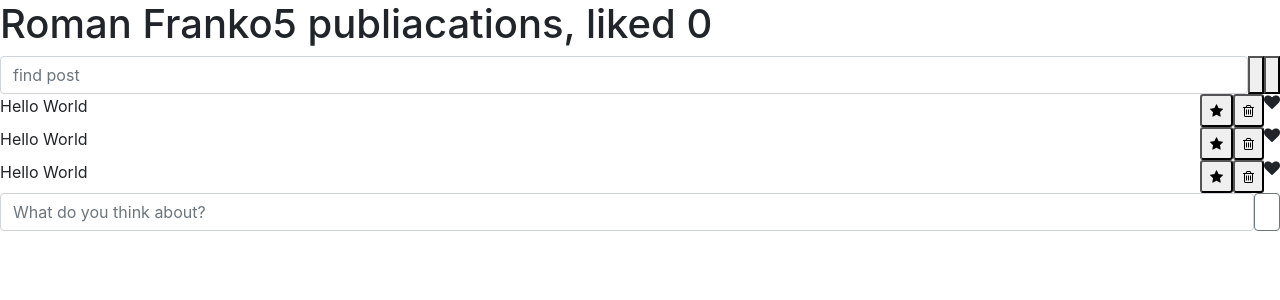
Repository: RomanFPL/Like-twiter
Page: /
The author's editor kept a copy of each file at every save. The page is drawn from the files as they stood at one save, then again after the next save.
The browser window is 1280 px wide. The pictures show the whole page.
The project was rebuilt for these pictures with package versions that can differ from the ones it lists, and the page was loaded fresh each time.

Above is the page before, as saved 2021-03-22 23:12:12.

### public/index.html
<!DOCTYPE html>
<html lang="en">
  <head>
    <meta charset="utf-8" />
    <link rel="icon" href="%PUBLIC_URL%/favicon.ico" />
    <link rel="stylesheet" href="https://stackpath.bootstrapcdn.com/bootstrap/4.5.2/css/bootstrap.min.css">
    <link rel="stylesheet" href="https://stackpath.bootstrapcdn.com/font-awesome/4.7.0/css/font-awesome.min.css">
    <meta name="viewport" content="width=device-width, initial-scale=1" />
    <title>React App</title>
  </head>
  <body>
    <noscript>You need to enable JavaScript to run this app.</noscript>
    <div id="root"></div>
  </body>
</html>

### src/index.js
import React from 'react';
import ReactDOM from 'react-dom';
import './index.css';
import App from './components/app/';

ReactDOM.render(
  <React.StrictMode>
    <App />
  </React.StrictMode>,
  document.getElementById('root')
);

// reportWebVitals();

### src/components/app/app.js
import React from 'react';

import AppHeader from '../app-header';
import SearchPanel from '../search-panel';
import PostStatusFilter from '../post-status-filter';
import PostList from '../post-list';
import PostAddForm from '../post-add-form';

const App = () => {
    return (
    <div className="app">
            <AppHeader/>
            <div className="search-panel d-flex">
                <SearchPanel/>
                <PostStatusFilter/>
            </div>
            <PostList/>
            <PostAddForm/>
    </div>
    )
}

export default App;

### src/components/app-header/index.js
import AppHeader from './header';
export default AppHeader;

### src/components/search-panel/index.js
import SearchPanel from './search-panel'
export default SearchPanel

### src/components/post-add-form/index.js
import PostAddForm from './post-add-form';
export default PostAddForm;

### src/components/app-header/header.js
import React from 'react';


const AppHeader = () => {
    return (
        <div className="app-header d-flex">
            <h1>Roman Franko</h1>
            <h1>5 publiacations, liked 0</h1>
        </div>
    )
}

export default AppHeader;

### src/components/search-panel/search-panel.js
import React from 'react';

const SearchPanel = () => {
    return (
        <input
        className="form-control search-input"
        type="text"
        placeholder="find post"
        />
    )
}


export default SearchPanel;

### src/components/post-status-filter/post-status-filter.js
import React from 'react';

const PostStatusFilter = () => {
    return (
        <div className="btn-group">
            <button/>
            <button/>
        </div>
    )
}

export default PostStatusFilter;

### src/components/post-list/post-list.js
import React from 'react';
import PostListItem from '../post-list-item';



const PostList = () => {
    return (
        <ul className="app-list list-group">
            <PostListItem/>
            <PostListItem/>
            <PostListItem/>
        </ul>
    )
}

export default PostList;

### src/components/post-add-form/post-add-form.js
import React from 'react';

const PostAddForm = () => {
    return (
        <form className="bottom-panel d-flex">
            <input
            type="text"
            placeholder="What do you think about?"
            className="form-control new-post-label"
            />
            <button
            type="submti"
            className="btn btn-outline-secondary">

            </button>
        </form>
    )
}


export default PostAddForm;

### src/components/post-list-item/post-list-item.js
import React from 'react';

const PostListItem = () => {
    return (
        <li className="app-list d-flex justify-content-between">
            <span className="app-list-label">
                Hello World
            </span>
            <div className="d-flex justify-content-center alight-items-center">
                <button tupe="button" className="btn-star btn-sm">
                    <i className="fa fa-star"></i>
                </button>
                <button tupe="button" className="btn-trash btn-sm">
                    <i className="fa fa-trash-o"></i>
                </button>
                <i className="fa fa-heart"></i>
            </div>
        </li>
    )
}

export default PostListItem;

Loaded but not shown: src/index.css (common file); src/components/app/index.js (common file); src/components/post-status-filter/index.js (common file); src/components/post-list/index.js (common file); src/components/post-list-item/index.js (common file)

After the next save:
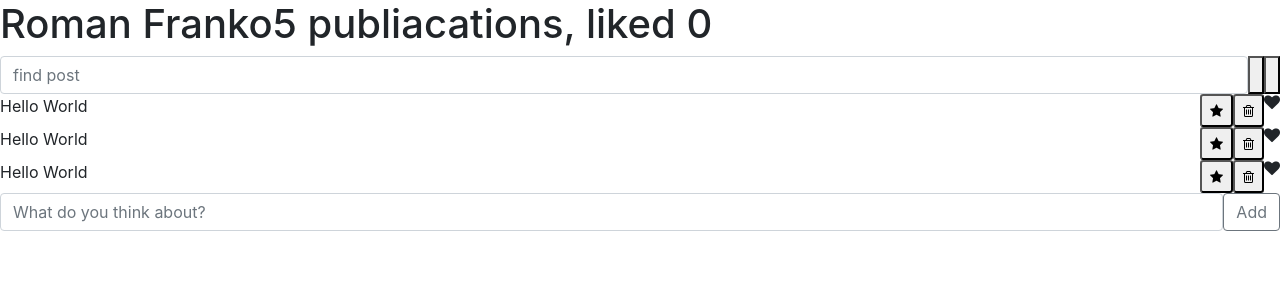
Saved 50 s later.
--- a/src/components/post-add-form/post-add-form.js
+++ b/src/components/post-add-form/post-add-form.js
@@ -11,7 +11,7 @@ const PostAddForm = () => {
             <button
             type="submti"
             className="btn btn-outline-secondary">
-
+                Add
             </button>
         </form>
     )
